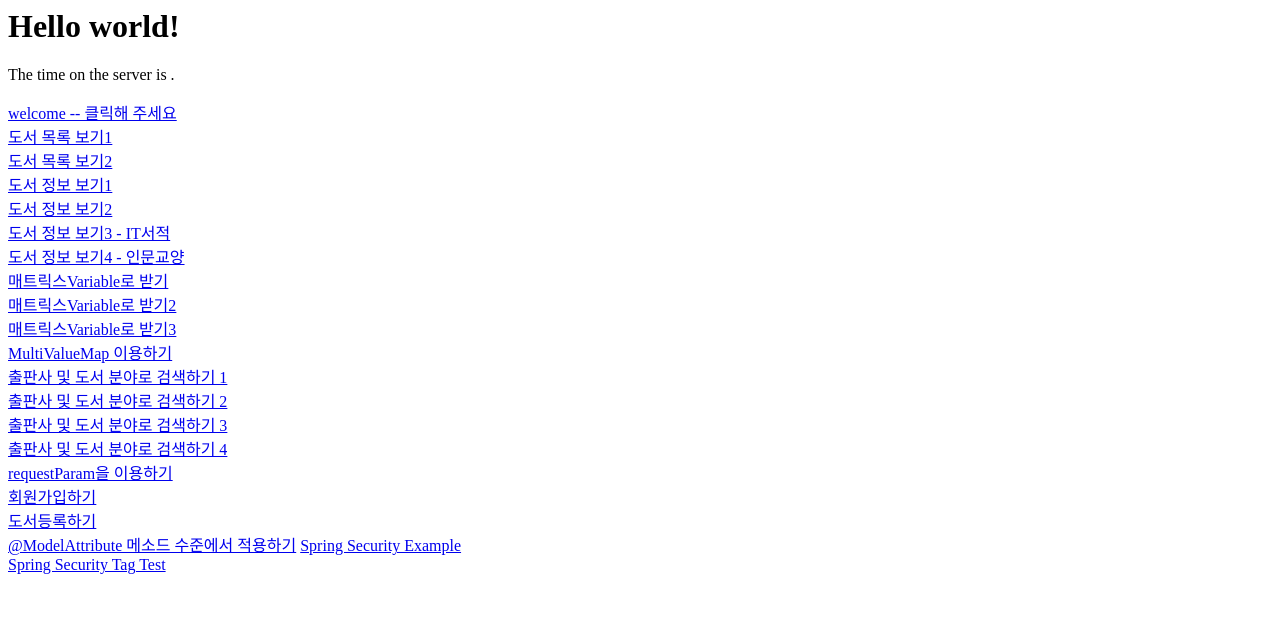
Repository: heojun0827/SpringLegacy
Page: http://localhost/book/WEB-INF/views/home.jsp
These files come from the project's save history. The page is drawn as it stood at one moment and after the next save; the edit follows.
The browser window is 1280 px wide. The pictures show the whole page.
The page is served by Tomcat 9. Nobody is signed in. Other server files are loaded and not shown. The template is opened directly, without the code that normally fills it, so the values that code supplies are empty.

Above is the page before, as saved 2023-07-12 07:24:33.

### book/src/main/webapp/WEB-INF/views/home.jsp
<%@ page language="java" contentType="text/html; charset=UTF-8" pageEncoding="UTF-8"%>
<%@ taglib uri="http://java.sun.com/jsp/jstl/core" prefix="c" %>
<%@ page session="false" %>
<html>
<head>
	<title>Home</title>
</head>
<body>
	<h1>
		Hello world!
	</h1>

	<P>  The time on the server is ${serverTime}. </P>
	<a href="/home">welcome -- 클릭해 주세요</a><br>
	<a href="/books">도서 목록 보기1</a><br>
	<a href="/books/all">도서 목록 보기2</a><br>
	<a href="/test/t1/ISBN-13">도서 정보 보기1</a><br>
	<a href="/test/t2/에세이/publisher/대학문화사">도서 정보 보기2</a><br>
	<a href="/books/IT서적">도서 정보 보기3 - IT서적</a><br>
	<a href="/books/인문교양">도서 정보 보기4 - 인문교양</a><br>
	<a href="/test/t3/ISBN=300;category=인문교양">매트릭스Variable로 받기</a><br>
	<a href="/test/t5/ISBN-500;publisher=좋은책/category/IT서적;publisher=아이티">매트릭스Variable로 받기2</a><br>
	<a href="/test/t6/ISBN=600">매트릭스Variable로 받기3</a><br>
	<a href="/test/t7/ISBN=700;publisher=더조은;name=스프링/category/IT서적;publisher=아이티;author=아카데미">MultiValueMap 이용하기</a><br>
	<a href = "/books/filter/bookFilter;publisher=한길사;category=인문교양">출판사 및 도서 분야로 검색하기 1</a><br>
	<a href = "/books/filter/bookFilter;publisher=한빛아카데미;category=IT서적">출판사 및 도서 분야로 검색하기 2</a><br>
	<a href = "/books/filter/bookFilter;publisher=이지스퍼블리싱;category=IT서적"">출판사 및 도서 분야로 검색하기 3</a><br>

	<!--  이지스퍼블리싱 출판사에 도서분야가 IT서적, 인문교양 두개가 있다면 아래와 같이 작성하면됨 -->
	<a href="/books/filter/bookFilter;publisher=이지스퍼블리싱;category=IT서적,인문교양">출판사 및 도서 분야로 검색하기 4</a><br>
	<a href="/test/t8?id=ISBN-1234">requestParam을 이용하기</a><br>

	<a href="/test/regForm">회원가입하기</a><br>
	<a href="/books/regBook">도서등록하기</a><br>

	<a href="/test/t9">@ModelAttribute 메소드 수준에서 적용하기</a>

	<a href="/test1">Spring Security Example</a><br>

	<a href="/test/st2">Spring Security Tag Test</a><br>
</body>
</html>

After the next save:
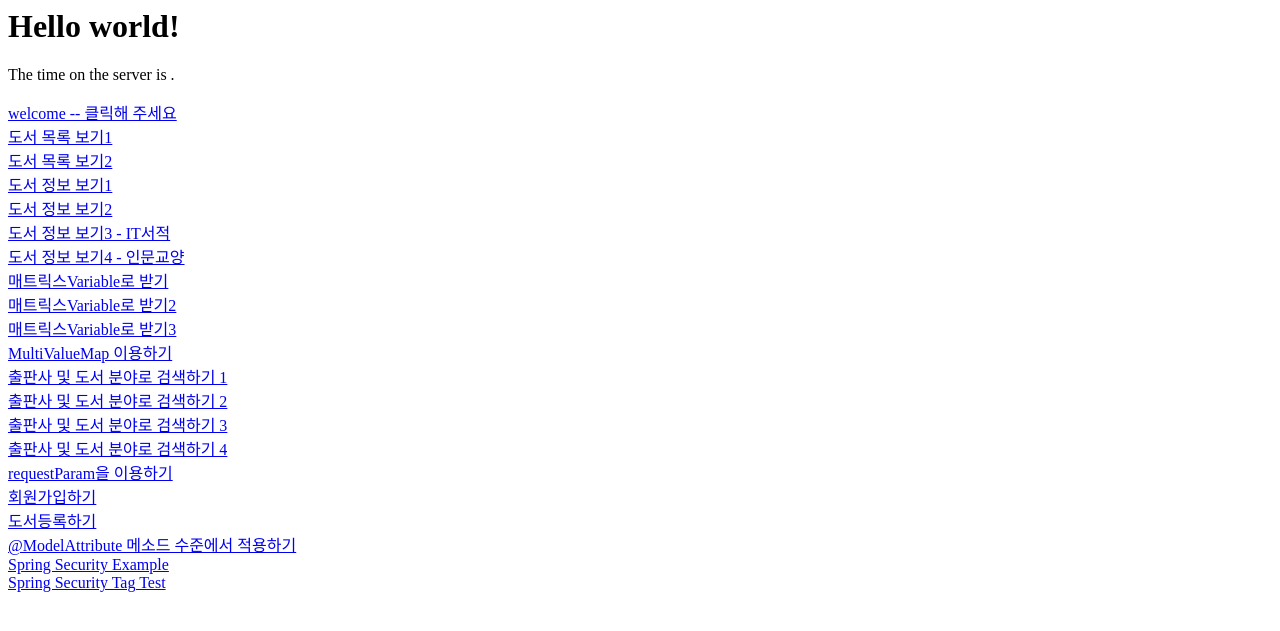
Saved 6 s later.
--- a/book/src/main/webapp/WEB-INF/views/home.jsp
+++ b/book/src/main/webapp/WEB-INF/views/home.jsp
@@ -33,7 +33,7 @@
 	<a href="/test/regForm">회원가입하기</a><br>
 	<a href="/books/regBook">도서등록하기</a><br>
 
-	<a href="/test/t9">@ModelAttribute 메소드 수준에서 적용하기</a>
+	<a href="/test/t9">@ModelAttribute 메소드 수준에서 적용하기</a><br>
 
 	<a href="/test1">Spring Security Example</a><br>
 
